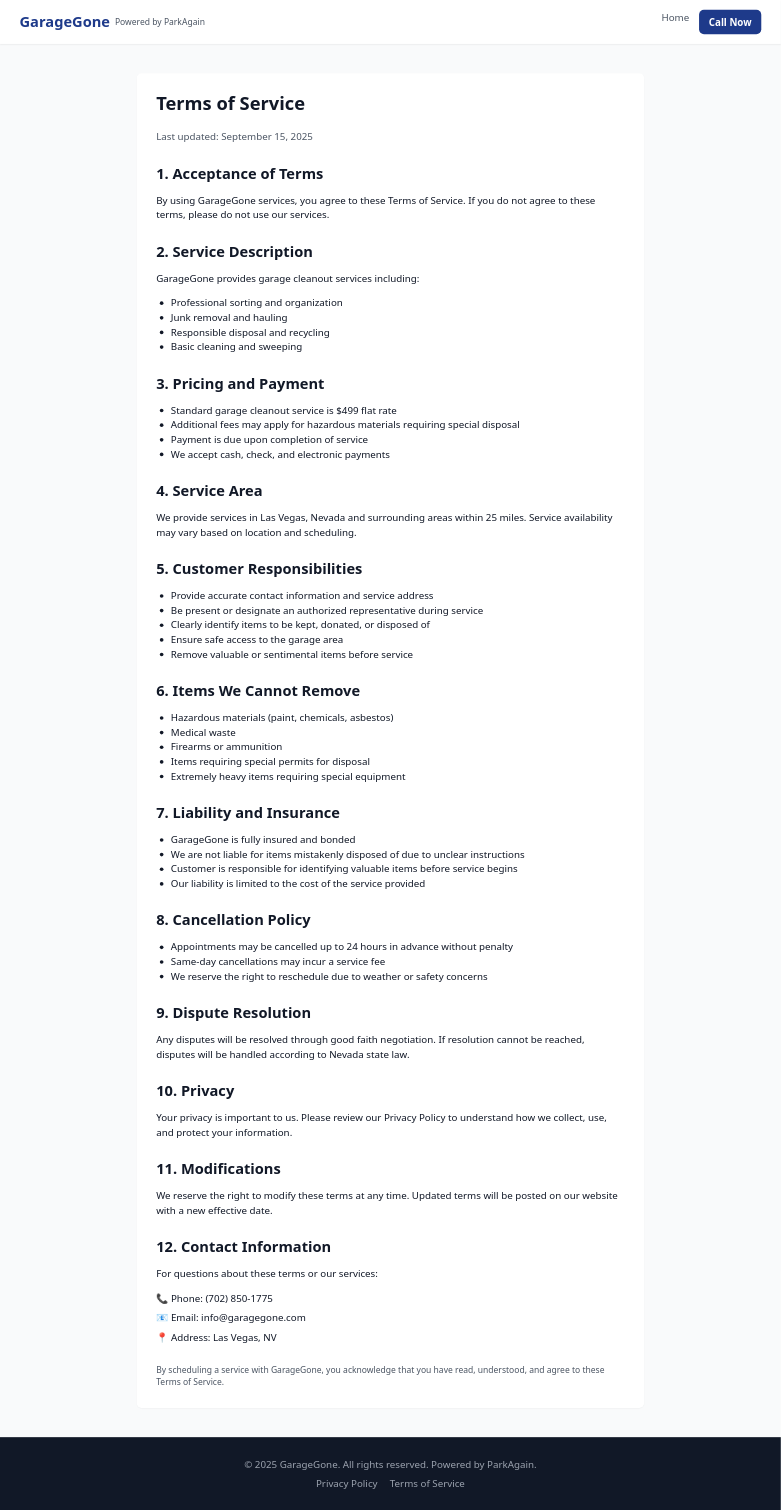
Repository: nikwhite1169/garagegone
Page: terms-of-service.html
These files come from the project's save history. The page is drawn as it stood at one moment and after the next save; the edit follows.
The browser window is 1280 px wide. The pictures show the whole page, at 61% of full size.
Some web libraries are served in a nearby version.

Above is the page before, as saved 2025-09-16 00:17:00.

After the next save:
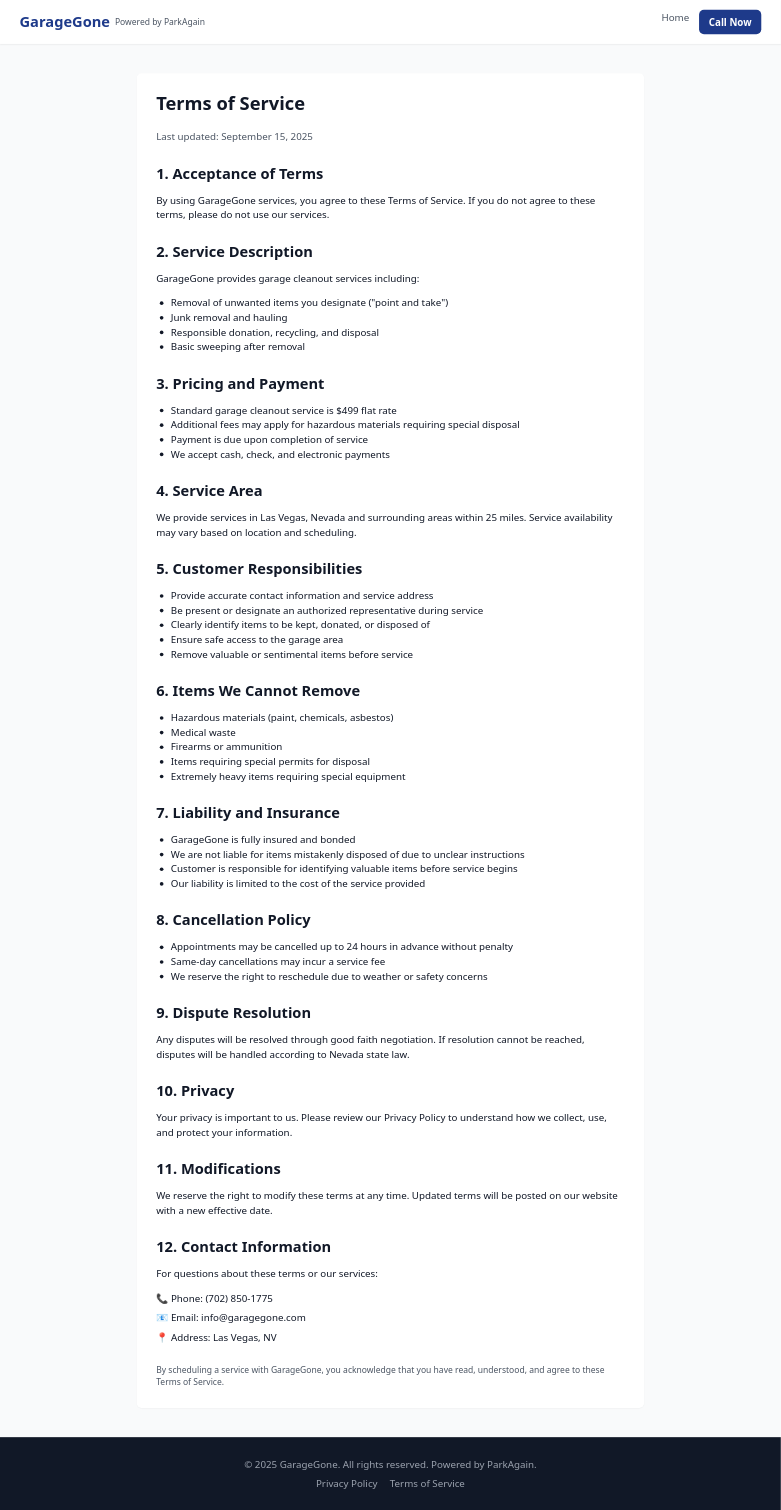
Saved 16 s later.
--- a/terms-of-service.html
+++ b/terms-of-service.html
@@ -62,10 +62,10 @@
                 <h2 class="text-2xl font-bold text-gray-900 mt-8 mb-4">2. Service Description</h2>
                 <p class="mb-4">GarageGone provides garage cleanout services including:</p>
                 <ul class="list-disc pl-6 mb-6">
-                    <li>Professional sorting and organization</li>
-                    <li>Junk removal and hauling</li>
-                    <li>Responsible disposal and recycling</li>
-                    <li>Basic cleaning and sweeping</li>
+                  <li>Removal of unwanted items you designate ("point and take")</li>
+                  <li>Junk removal and hauling</li>
+                  <li>Responsible donation, recycling, and disposal</li>
+                  <li>Basic sweeping after removal</li>
                 </ul>
 
                 <h2 class="text-2xl font-bold text-gray-900 mt-8 mb-4">3. Pricing and Payment</h2>
